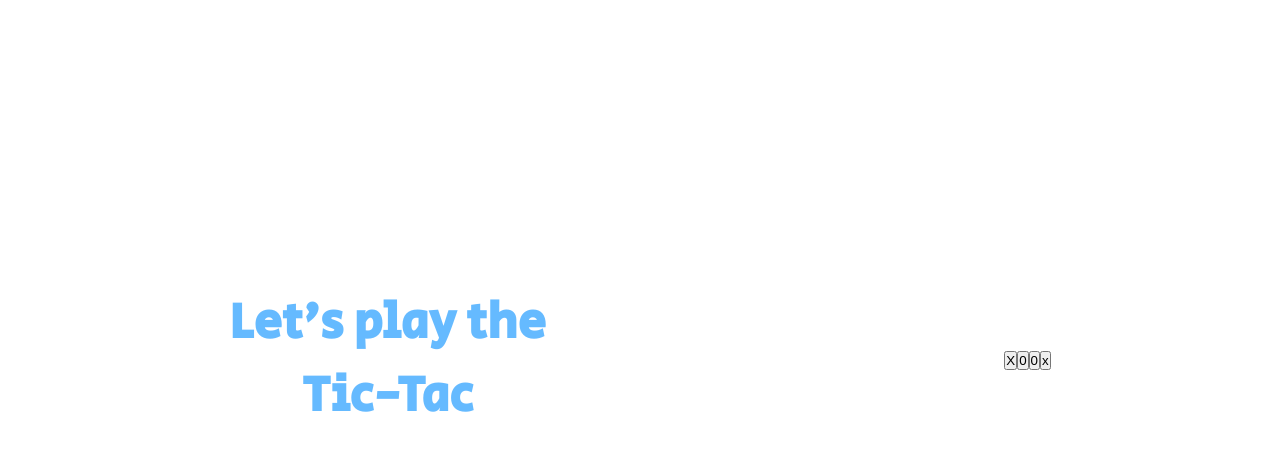
Repository: evergreenx/tic-tac
Page: /
An editor plug-in stored every save of this project. The page is shown before and after the next save, followed by the edit.
The browser window is 1280 px wide. The pictures show the whole page.
The project was rebuilt for these pictures with package versions that can differ from the ones it lists, and the page was loaded fresh each time.

Above is the page before, as saved 2022-04-21 04:02:39.

### src/index.css
@import url("https://fonts.googleapis.com/css2?family=Anton&family=Secular+One&display=swap");

* {
  margin: 0;
  padding: 0;
  box-sizing: border-box;
}

body {
  font-family: "Secular One", sans-serif;
}

.App {
  display: flex;
  flex-direction: row;
  align-items: center;
  justify-content: space-around;
  height: 100vh;
}
.heading {
  color: #008cff9a;
  font-size: 50px;
}

.reset--button--text{
  color: #008cff9a;
  font-size: 20px;
}

@media (max-width: 768px) {
  .App {
    flex-direction: column;
  }
}

### src/App.js
import "./App.css";
import Board from "./components/Board";

function App() {
  return (
    <div className="App">
      <h1 className="heading">
        Let's play the <br /> Tic-Tac
      </h1>
      <Board />



    </div>
  );
}

export default App;

### src/components/Board.jsx
import React from "react";
import './Board.scss'

function Board() {
  return (
    <div className="board">
      <button>X</button>

      <button>0</button>

      <button>0</button>

      <button>x</button>
    </div>
  );
}

export default Board;

### src/components/Board/Board.scss
.board {
  display: flex;
  flex-direction: row;
}

Loaded but not shown: public/index.html (common file); src/index.js (common file); src/reportWebVitals.js (common file); src/App.css (common file)

After the next save:
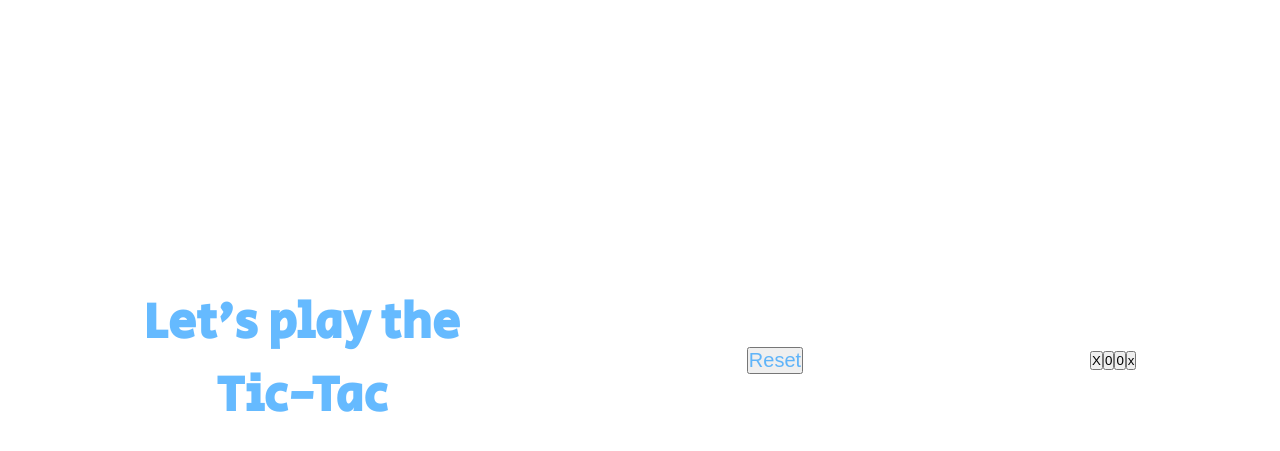
Saved 7 s later.
--- a/src/App.js
+++ b/src/App.js
@@ -7,10 +7,10 @@ function App() {
       <h1 className="heading">
         Let's play the <br /> Tic-Tac
       </h1>
+      <div class="reset--button">
+        <button class="reset--button--text">Reset</button>
+      </div>
       <Board />
-
-
-
     </div>
   );
 }
